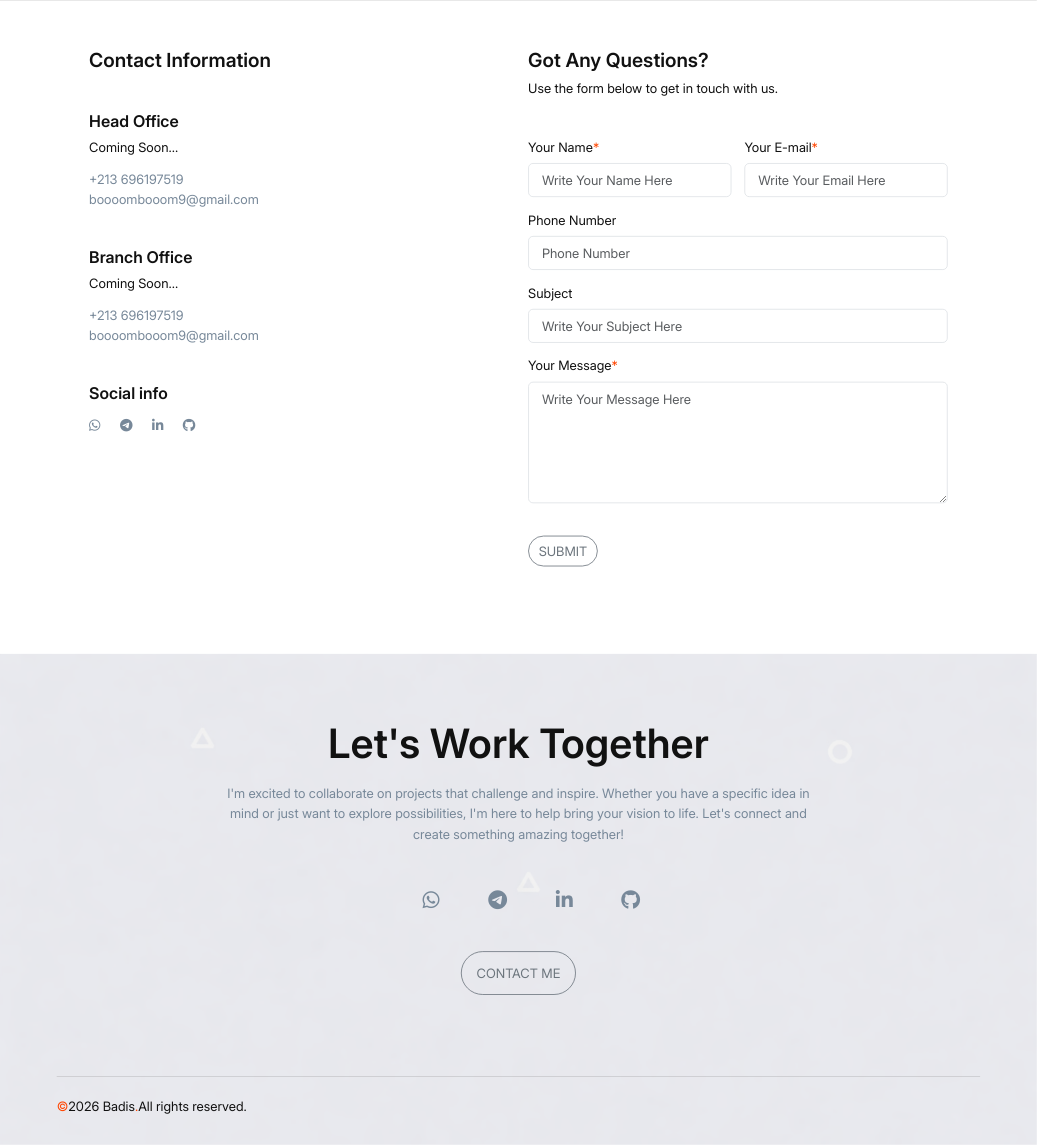
Repository: Badi-77/Portfolio
Page: Contact.html
These files come from the project's save history. The page is drawn as it stood at one moment and after the next save; the edit follows.
The browser window is 1280 px wide. The pictures show the part of the page from y = 504 to 1917 px (the page is 1917 px tall), at 81% of full size.

Above is the page before, as saved 2026-02-17 23:27:15.

### Contact.html
<!DOCTYPE html>
<html lang="en">
<head>
  <meta charset="UTF-8">
  <meta name="viewport" content="width=device-width, initial-scale=1.0">
  <title>Contact</title>
  <!-- google font -->
  <link rel="stylesheet" href="Font/Inter_font/stylesheet.css">
  <link rel="stylesheet" href="Font/Tajawal/stylesheet.css">
  <!-- Font Awesome -->
  <link rel="stylesheet" href="Css/all.min.css">
  <!-- Normalize -->
  <link rel="stylesheet" href="Css/normalize.css">
  <!-- bootstrap -->
  <link rel="stylesheet" href="Bootstrap/bootstrap/css/bootstrap.min.css">
  <!-- web icon -->
  <link rel="icon" href="Img/icon.png">
  <!-- Portfolio CSS -->
  <link rel="stylesheet" href="Css/portfolio.css">
</head>
<body>

<div class="main-content">
  <!-- Navbar -->
  <nav class="navbar navbar-expand-lg">
          <div class="container-fluid">
            <!-- Brand -->
            <a class="navbar-brand" href="#"><h1><span id="logo-B" ><img src="Img/logo-B.png" alt="LOGO"></span>adis<span class="circle"></span></h1></a>

            <!-- Toggler (hamburger icon for mobile) -->
            <button class="navbar-toggler" type="button" data-bs-toggle="collapse" data-bs-target="#navbarNav"
              aria-controls="navbarNav" aria-expanded="false" aria-label="Toggle navigation">
              <span class="navbar-toggler-icon"></span>
            </button>

            <!-- Navbar links -->
            <div class="collapse navbar-collapse" id="navbarNav">
              <ul class="navbar-nav ms-auto">
                <li class="nav-item">
                  <a class="nav-link active" data-key="NavHome" aria-current="page" href="#">Home</a>
                </li>
                <li class="nav-item">
                  <a class="nav-link" data-key="NavAbout" href="#">About</a>
                </li>
                <div class="nav-item dropdown">
                  <a class="nav-link dropdown-toggle" data-bs-toggle="dropdown" role="button" data-key="NavSer" href="#">Services</a>
                  <div class="dropdown-menu m-0">
                    <a href="#" class="dropdown-item" data-key="web">Web Dev</a>
                    <a href="#" class="dropdown-item" data-key="net">Networking</a>
                    <a href="#" class="dropdown-item" data-key="cyber">CyberSecurity</a>
                    <a href="#" class="dropdown-item" data-key="auto">Automation</a>
                  </div>
                </div>
                <li class="nav-item">
                  <a class="nav-link" data-key="cont" href="#">ContactMe</a>
                </li>
                <li class="nav-item">
                  <button id="theme-toggle" class="theme-toggle-btn" aria-label="Toggle dark mode">
                    🌙
                  </button>
                </li>
                <!-- language btn -->
                <li class="nav-item">
                  <button class="switch-lang" id="lang-toggle">🌐 العربية</button>
                </li>
                <!-- language btn -->

                <!-- <li class="nav-item">
                  <a class="nav-link disabled" tabindex="-1" aria-disabled="true">Disabled</a>
                </li> -->
              </ul>
            </div>
          </div>
  </nav>
  <!-- End Navbar -->


  <!-- start hero -->
  <section id="hero">
    <div id="conta" class="row justify-content-center">
      <div class="col-md-12 text-center my-5 pt-5 fade-in-up">
        <div class="section-header text-center">
          <nav class="breadcrumb d-flex justify-content-center">
            <a href="portfolio.html" class="breadcrumb-item">Home</a>
            <span class="breadcrumb-item activ" aria-current="page">Contact</span>
          </nav>
          <h2 class="contact-title display-1 fw-bold">Our Contact</h2>
          <p class="text-center">Got a project in mind? <br> Let’s connect and bring your vision to life.</p>
        </div>
      </div>
    </div>
  </section>
  <!-- end hero -->

  <!-- start form -->
  <section id="contact-info" class="padding-medium pt-0">
    <div class="container">
      <div class="row flex-row-reverse">
        <div class="inquiry-item col-lg-6 mb-5">
          <h4 class="fw-bold">Got Any Questions?</h4>
          <p>Use the form below to get in touch with us.</p>
          <form id="contactForm" action="" method="post" class="form-group contact-form mt-5">
            <div class="form-input col-lg-12 d-flex justify-content-between mb-3">
              <div class="w-100 me-3">
                <label class="mb-2 fs-6 T">
                  Your Name<span style="color: var(--third-color);">*</span>
                </label>
                <input type="text" name="name" placeholder="Write Your Name Here" class="form-control shadow-none w-100 ps-3 py-2" required>
              </div>
              <div class="w-100">
                <label class="mb-2 fs-6 T">Your E-mail<span style="color: var(--third-color);">*</span></label>
                <input type="email" name="email" placeholder="Write Your Email Here" class="form-control shadow-none w-100 ps-3 py-2" required>
              </div>
            </div>
            <div class="col-lg-12 mb-3">
              <label class="mb-2 fs-6">Phone Number</label>
              <input type="number" name="phone" placeholder="Phone Number" class="form-control shadow-none w-100 ps-3 py-2">
            </div>
            <div class="col-lg-12 mb-3">
              <label class="mb-2 fs-6">Subject</label>
              <input type="text" name="subject" placeholder="Write Your Subject Here" class="form-control shadow-none w-100 ps-3 py-2">
            </div>
            <div class="col-lg-12 mb-3">
              <label class="mb-2 fs-6">Your Message<span style="color: var(--third-color);">*</span></label>
              <textarea name="message" placeholder="Write Your Message Here" class="form-control shadow-none w-100 ps-3 py-2" style="height: 150px;" required></textarea>
            </div>
            <div>
              <button class="btn btn-outline-secondary rounded-pill mt-4" type="submit" name="submit">SUBMIT</button>
            </div>
          </form>
        </div>
        <div class="contact-info col-lg-6 mb-5">
          <h4 class="fw-bold">Contact Information</h4>
          <p></p>
          <div class="page-content">
            <div class="col-md-6">
              <div class="content-box my-5">
                <h5 class="element-title fw-bold">Head Office</h5>
                <div class="content-address">
                  <p>Coming Soon...</p>
                </div>
                <div class="contact-number">
                  <a href="#">+213 696197519</a>
                </div>
                <div class="email-adress">
                  <p>
                    <a href="#">boooombooom9@gmail.com</a>
                  </p>
                </div>
              </div>
            </div>
            <div class="col-md-6">
              <div class="content-box my-5">
                <h5 class="element-title fw-bold">Branch Office</h5>
                <div class="content-address">
                  <p>Coming Soon...</p>
                </div>
                <div class="contact-number">
                  <a href="#">+213 696197519</a>
                </div>
                <div class="email-adress">
                  <p>
                    <a href="#">boooombooom9@gmail.com</a>
                  </p>
                </div>
              </div>
            </div>
            <div class="col-md-6">
              <div class="content-box my-5">
                <h5 class="elemnt-title fw-bold">Social info</h5>
                <div class="social-links">
                 <ul class="d-flex gap-4 list-unstyled my-3 links-s">
                    <li><a href="#"><i class="fa-brands fa-whatsapp"></i></a></li>
                    <li><a href="#"><i class="fa-brands fa-telegram-plane"></i></a></li>
                    <li><a href="#"><i class="fa-brands fa-linkedin-in"></i></a></li>
                    <li><a href="#"><i class="fa-brands fa-github"></i></a></li>
                  </ul>
                </div>
              </div>
            </div>
          </div>
        </div>
      </div>
    </div>
  </section>
  <!-- end form -->

  <!-- start footer -->
  <footer>
    <div class="container ">
      <div class="foot-content fade-in-up">
        <div class="foot-text">
          <h2 class="text-center fw-bolder" data-key="FooTitle">Let's Work Together</h2>
          <p class="text-center" data-key="FooSub">
            I'm excited to collaborate on projects that challenge and inspire. Whether you have a specific idea in mind or just want to explore possibilities, I'm here to help bring your vision to life. Let's connect and create something amazing together!
          </p>
        </div>
        <ul>
          <li><a href="#"><i class="fa-brands fa-whatsapp"></i></a></li>
          <li><a href="#"><i class="fa-brands fa-telegram-plane"></i></a></li>
          <li><a href="#"><i class="fa-brands fa-linkedin-in"></i></a></li>
          <li><a href="#"><i class="fa-brands fa-github"></i></a></li>
        </ul>
        <div class="contactMe-btn">
          <a href="#" class="btn btn-outline-secondary rounded-pill mt-4" role="button" id="contbtn">CONTACT ME</a>
        </div>
      </div>
      <div class="copy-right">
          <p class="text-lg-start mt-4"> <span style="color: var(--third-color);">&copy;</span>2026 Badis<span style="color: var(--third-color);">.</span>All rights reserved.</p>
      </div>
    </div>
  </footer>
  <!-- end footer -->
</div>

<script>
  console.log('hello');
</script>



</body>
<!-- Portfolio JS -->
<script src="JS/portfolio.js"></script>
<!-- Bootstrap JS -->
<script src="Bootstrap/bootstrap/js/bootstrap.bundle.min.js"></script>
</html>

### Font/Inter_font/stylesheet.css
@font-face {
    font-family: 'Inter 24pt';
    src: url('Inter24pt-MediumItalic.woff2') format('woff2'),
        url('Inter24pt-MediumItalic.woff') format('woff');
    font-weight: 500;
    font-style: italic;
    font-display: swap;
}

@font-face {
    font-family: 'Inter 24pt';
    src: url('Inter24pt-SemiBold.woff2') format('woff2'),
        url('Inter24pt-SemiBold.woff') format('woff');
    font-weight: 600;
    font-style: normal;
    font-display: swap;
}

@font-face {
    font-family: 'Inter 24pt';
    src: url('Inter24pt-Regular.woff2') format('woff2'),
        url('Inter24pt-Regular.woff') format('woff');
    font-weight: normal;
    font-style: normal;
    font-display: swap;
}

@font-face {
    font-family: 'Inter 24pt';
    src: url('Inter24pt-SemiBoldItalic.woff2') format('woff2'),
        url('Inter24pt-SemiBoldItalic.woff') format('woff');
    font-weight: 600;
    font-style: italic;
    font-display: swap;
}

@font-face {
    font-family: 'Inter 24pt';
    src: url('Inter24pt-ThinItalic.woff2') format('woff2'),
        url('Inter24pt-ThinItalic.woff') format('woff');
    font-weight: 100;
    font-style: italic;
    font-display: swap;
}

@font-face {
    font-family: 'Inter 24pt';
    src: url('Inter24pt-Thin.woff2') format('woff2'),
        url('Inter24pt-Thin.woff') format('woff');
    font-weight: 100;
    font-style: normal;
    font-display: swap;
}

@font-face {
    font-family: 'Inter 28pt';
    src: url('Inter28pt-Black.woff2') format('woff2'),
        url('Inter28pt-Black.woff') format('woff');
    font-weight: 900;
    font-style: normal;
    font-display: swap;
}

@font-face {
    font-family: 'Inter 28pt';
    src: url('Inter28pt-BlackItalic.woff2') format('woff2'),
        url('Inter28pt-BlackItalic.woff') format('woff');
    font-weight: 900;
    font-style: italic;
    font-display: swap;
}

@font-face {
    font-family: 'Inter 28pt';
    src: url('Inter28pt-Bold.woff2') format('woff2'),
        url('Inter28pt-Bold.woff') format('woff');
    font-weight: bold;
    font-style: normal;
    font-display: swap;
}

@font-face {
    font-family: 'Inter 28pt';
    src: url('Inter28pt-BoldItalic.woff2') format('woff2'),
        url('Inter28pt-BoldItalic.woff') format('woff');
    font-weight: bold;
    font-style: italic;
    font-display: swap;
}

@font-face {
    font-family: 'Inter 28pt';
    src: url('Inter28pt-ExtraBold.woff2') format('woff2'),
        url('Inter28pt-ExtraBold.woff') format('woff');
    font-weight: bold;
    font-style: normal;
    font-display: swap;
}

@font-face {
    font-family: 'Inter 28pt';
    src: url('Inter28pt-ExtraBoldItalic.woff2') format('woff2'),
        url('Inter28pt-ExtraBoldItalic.woff') format('woff');
    font-weight: bold;
    font-style: italic;
    font-display: swap;
}

@font-face {
    font-family: 'Inter 28pt';
    src: url('Inter28pt-ExtraLight.woff2') format('woff2'),
        url('Inter28pt-ExtraLight.woff') format('woff');
    font-weight: 200;
    font-style: normal;
    font-display: swap;
}

@font-face {
    font-family: 'Inter 28pt';
    src: url('Inter28pt-ExtraLightItalic.woff2') format('woff2'),
        url('Inter28pt-ExtraLightItalic.woff') format('woff');
    font-weight: 200;
    font-style: italic;
    font-display: swap;
}

@font-face {
    font-family: 'Inter 28pt';
    src: url('Inter28pt-Italic.woff2') format('woff2'),
        url('Inter28pt-Italic.woff') format('woff');
    font-weight: normal;
    font-style: italic;
    font-display: swap;
}

@font-face {
    font-family: 'Inter 28pt';
    src: url('Inter28pt-Light.woff2') format('woff2'),
        url('Inter28pt-Light.woff') format('woff');
    font-weight: 300;
    font-style: normal;
    font-display: swap;
}

@font-face {
    font-family: 'Inter 28pt';
    src: url('Inter28pt-LightItalic.woff2') format('woff2'),
        url('Inter28pt-LightItalic.woff') format('woff');
    font-weight: 300;
    font-style: italic;
    font-display: swap;
}

@font-face {
    font-family: 'Inter 28pt';
    src: url('Inter28pt-Medium.woff2') format('woff2'),
        url('Inter28pt-Medium.woff') format('woff');
    font-weight: 500;
    font-style: normal;
    font-display: swap;
}

@font-face {
    font-family: 'Inter 28pt';
    src: url('Inter28pt-MediumItalic.woff2') format('woff2'),
        url('Inter28pt-MediumItalic.woff') format('woff');
    font-weight: 500;
    font-style: italic;
    font-display: swap;
}

@font-face {
    font-family: 'Inter 28pt';
    src: url('Inter28pt-Regular.woff2') format('woff2'),
        url('Inter28pt-Regular.woff') format('woff');
    font-weight: normal;
    font-style: normal;
    font-display: swap;
}

@font-face {
    font-family: 'Inter 28pt';
    src: url('Inter28pt-SemiBold.woff2') format('woff2'),
        url('Inter28pt-SemiBold.woff') format('woff');
    font-weight: 600;
    font-style: normal;
    font-display: swap;
}

@font-face {
    font-family: 'Inter 28pt';
    src: url('Inter28pt-SemiBoldItalic.woff2') format('woff2'),
        url('Inter28pt-SemiBoldItalic.woff') format('woff');
    font-weight: 600;
    font-style: italic;
    font-display: swap;
}

@font-face {
    font-family: 'Inter 28pt';
    src: url('Inter28pt-ThinItalic.woff2') format('woff2'),
        url('Inter28pt-ThinItalic.woff') format('woff');
    font-weight: 100;
    font-style: italic;
    font-display: swap;
}

@font-face {
    font-family: 'Inter 28pt';
    src: url('Inter28pt-Thin.woff2') format('woff2'),
        url('Inter28pt-Thin.woff') format('woff');
    font-weight: 100;
    font-style: normal;
    font-display: swap;
}

### Font/Tajawal/stylesheet.css
@font-face {
    font-family: 'Tajawal';
    src: url('Tajawal-Black.woff2') format('woff2'),
        url('Tajawal-Black.woff') format('woff');
    font-weight: 900;
    font-style: normal;
    font-display: swap;
}

@font-face {
    font-family: 'Tajawal';
    src: url('Tajawal-ExtraBold.woff2') format('woff2'),
        url('Tajawal-ExtraBold.woff') format('woff');
    font-weight: bold;
    font-style: normal;
    font-display: swap;
}

@font-face {
    font-family: 'Tajawal';
    src: url('Tajawal-Bold.woff2') format('woff2'),
        url('Tajawal-Bold.woff') format('woff');
    font-weight: bold;
    font-style: normal;
    font-display: swap;
}

@font-face {
    font-family: 'Tajawal';
    src: url('Tajawal-ExtraLight.woff2') format('woff2'),
        url('Tajawal-ExtraLight.woff') format('woff');
    font-weight: 200;
    font-style: normal;
    font-display: swap;
}

@font-face {
    font-family: 'Tajawal';
    src: url('Tajawal-Medium.woff2') format('woff2'),
        url('Tajawal-Medium.woff') format('woff');
    font-weight: 500;
    font-style: normal;
    font-display: swap;
}

@font-face {
    font-family: 'Tajawal';
    src: url('Tajawal-Light.woff2') format('woff2'),
        url('Tajawal-Light.woff') format('woff');
    font-weight: 300;
    font-style: normal;
    font-display: swap;
}

@font-face {
    font-family: 'Tajawal';
    src: url('Tajawal-Regular.woff2') format('woff2'),
        url('Tajawal-Regular.woff') format('woff');
    font-weight: normal;
    font-style: normal;
    font-display: swap;
}

Loaded but not shown: Css/all.min.css (library); Css/normalize.css (library); Bootstrap/bootstrap/css/bootstrap.min.css (library); Bootstrap/bootstrap/js/bootstrap.bundle.min.js (library); JS/portfolio.js (358 lines, source omitted); Css/portfolio.css (946 lines, source omitted)

After the next save:
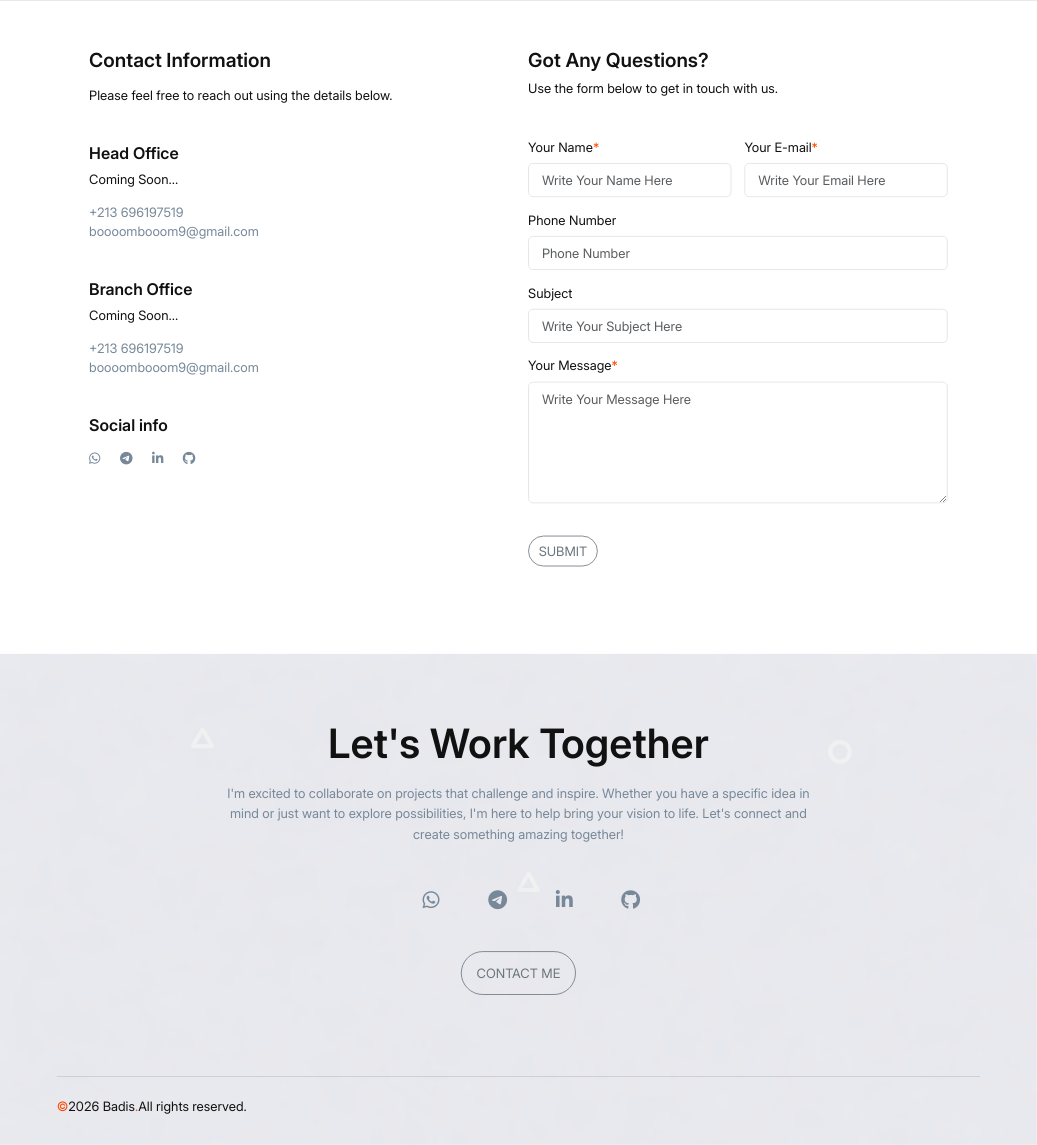
Saved 107 s later.
--- a/Contact.html
+++ b/Contact.html
@@ -131,7 +131,7 @@
         </div>
         <div class="contact-info col-lg-6 mb-5">
           <h4 class="fw-bold">Contact Information</h4>
-          <p></p>
+          <p><p>Please feel free to reach out using the details below.</p></p>
           <div class="page-content">
             <div class="col-md-6">
               <div class="content-box my-5">
